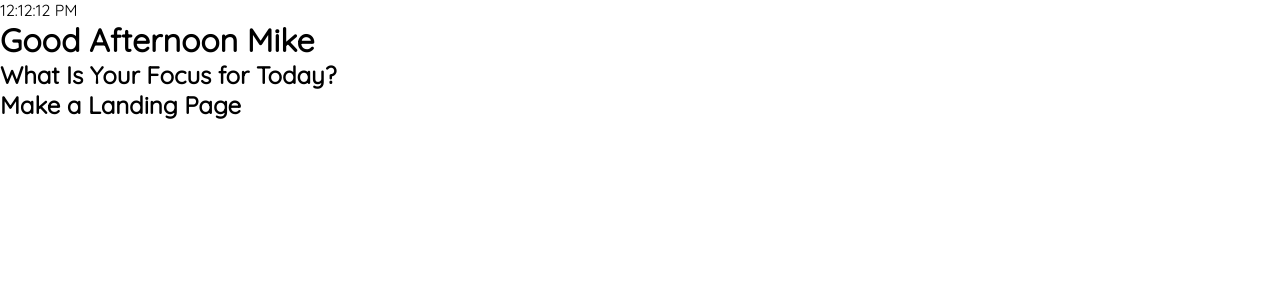
Repository: MikeTroianello/Landing-Page
Page: index.html
An editor plug-in stored every save of this project. The page is shown before and after the next save, followed by the edit.
The browser window is 1280 px wide. The pictures show the whole page.

Above is the page before, as saved 2019-06-10 20:49:35.

After the next save:
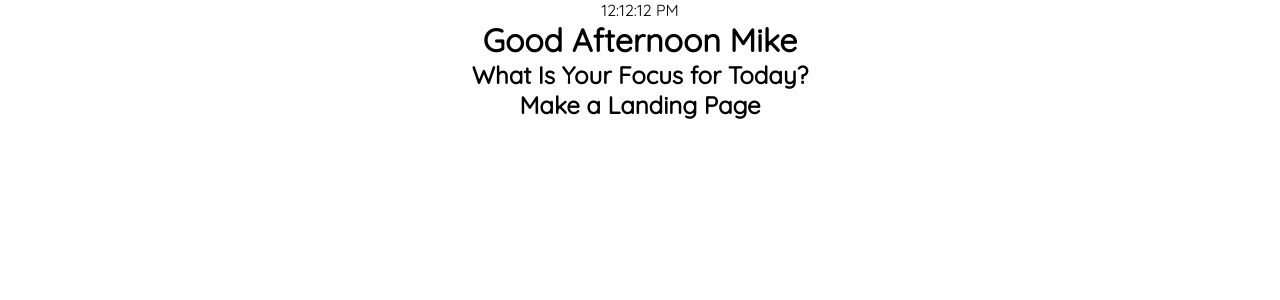
Saved 52 s later.
--- a/style.css
+++ b/style.css
@@ -6,4 +6,8 @@
 
 body {
   font-family: 'Quicksand', sans-serif;
+  display: flex;
+  flex-direction: column;
+  align-items: center;
+  text-align: center;
 }
